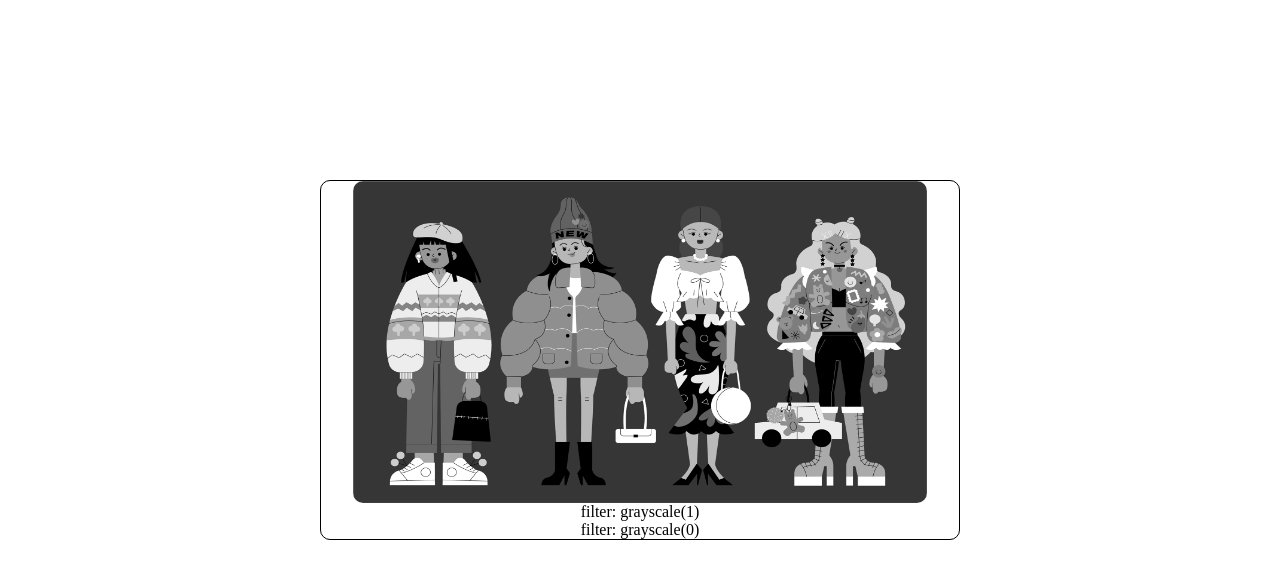
Repository: beva3/javaScrypt
Page: claire-dark/filter-grayscale.html
These files come from the project's save history. The page is drawn as it stood at one moment and after the next save; the edit follows.
The browser window is 1280 px wide. The pictures show the whole page.

Above is the page before, as saved 2024-05-10 13:13:20.

### claire-dark/filter-grayscale.html
<!DOCTYPE html>
<html lang="en">
<head>
    <style>
        *{
            padding:0;
            margin: 0;
            box-sizing: border-box;
        }
        body {
            height: 100vh;
            display: flex;
            align-items: center;
            justify-content: center;
            .img{
                display: flex;
                flex-direction: column;
                align-items: center;
                justify-content: center;
                width: 50vw;
                height: 50vh;
                border: 1px solid black;
                border-radius: 10px;
                #p0{
                    color: ;
                }
                img{
                    width: 90%;
                    height: 90%;
                    border-radius: 10px;

                    filter: grayscale(1); /*noir et blanc*/
                    transition: 0.9s;
                }
            }
            .img:hover{
                img{
                    filter: grayscale(0);
                }
            }
        }
    </style>
    <meta charset="UTF-8">
    <meta name="viewport" content="width=device-width, initial-scale=1.0">
    <title>grayscal</title>
</head>
<body>
    <div class="img">
        <img src="./img.png" alt="img">
        <p id="p1">filter: grayscale(1)</p>
        <p id="p0">filter: grayscale(0)</p>
    </div>
</body>
</html>

After the next save:
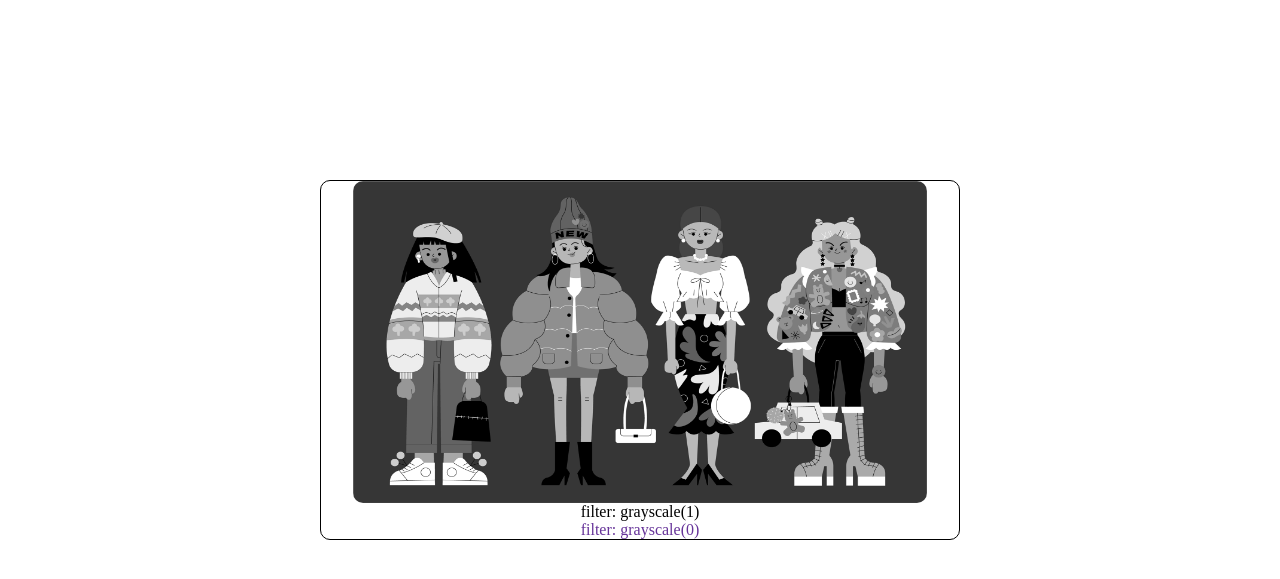
Saved 4 s later.
--- a/claire-dark/filter-grayscale.html
+++ b/claire-dark/filter-grayscale.html
@@ -22,7 +22,7 @@
                 border: 1px solid black;
                 border-radius: 10px;
                 #p0{
-                    color: ;
+                    color: rebeccapurple;
                 }
                 img{
                     width: 90%;
